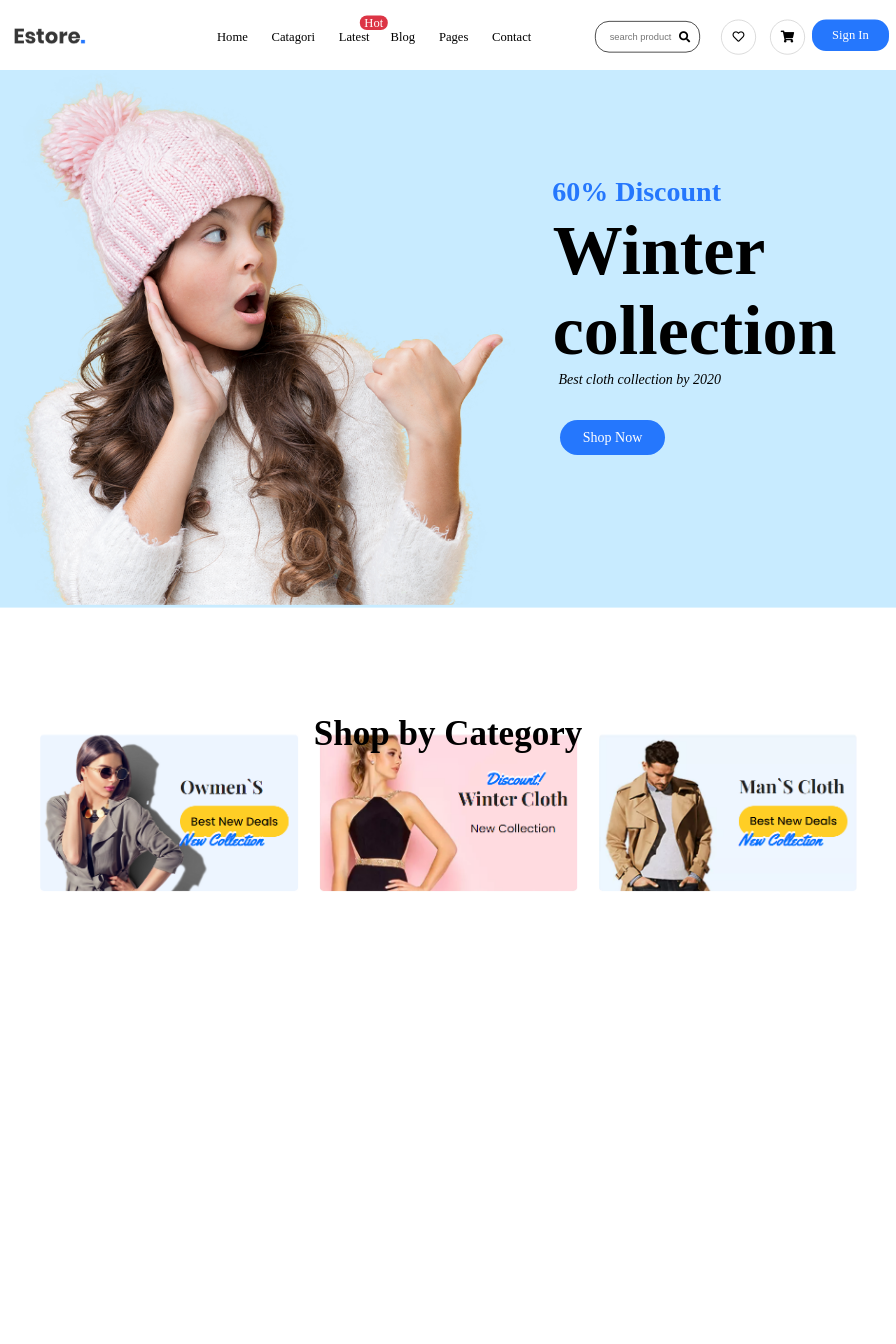
Repository: nhutduy0803/template1
Page: index.html
The author's editor kept a copy of each file at every save. The page is drawn from the files as they stood at one save, then again after the next save.
The browser window is 1280 px wide. The pictures show the part of the page from y = 0 to 1920 px (the page is 4018 px tall before and 3868 px after), at 70% of full size.

Above is the page before, as saved 2021-12-03 20:09:25.

After the next save:
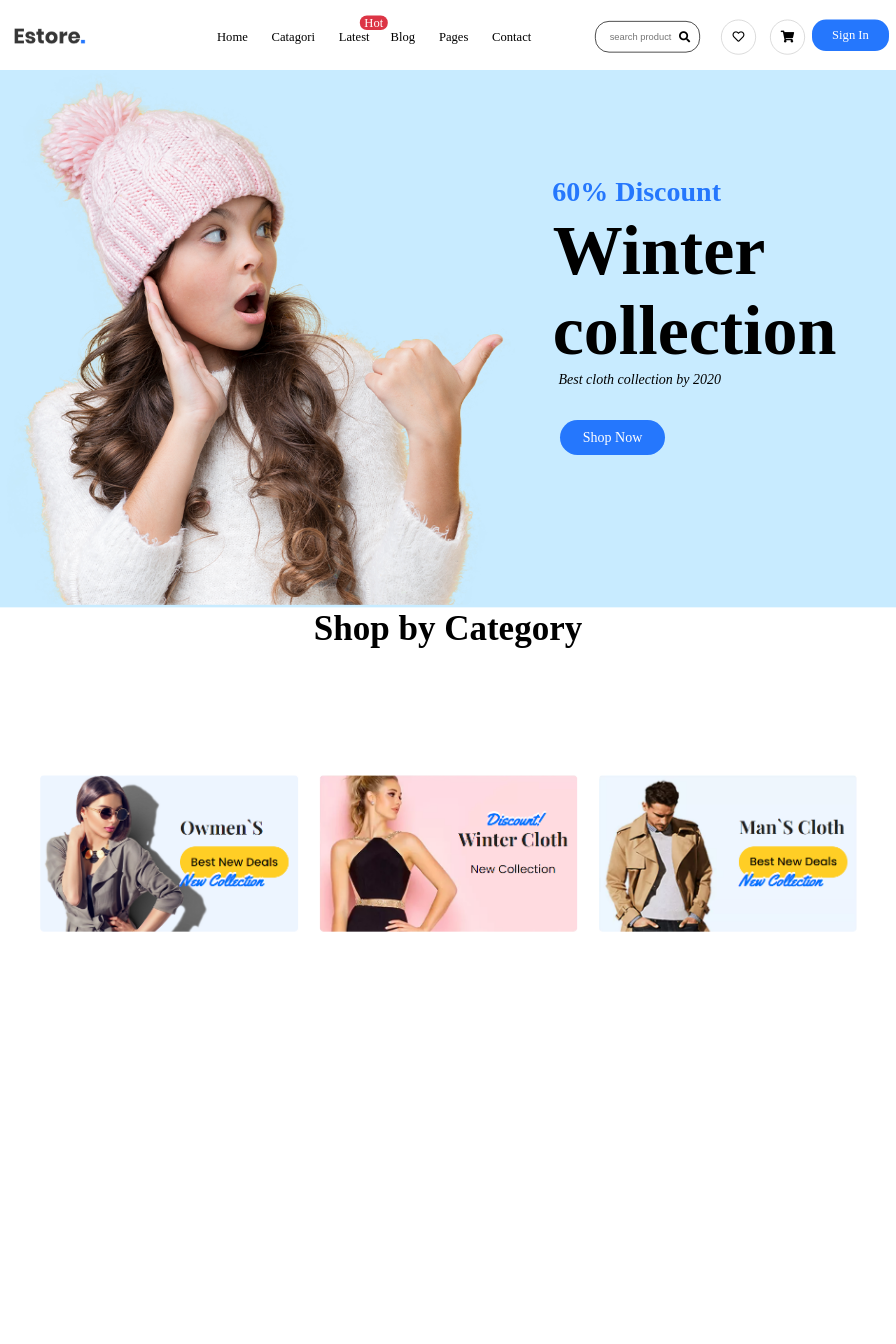
Saved 11 s later.
--- a/assets/css/style.css
+++ b/assets/css/style.css
@@ -292,13 +292,11 @@ html {
   width: 100%;
   height: 3000px;
   background-color: #fff;
+  text-align: center;
 }
 
 .content h2 {
   font-size: 50px;
-  position: absolute;
-  transform: translate(-50%);
-  left: 50%;
 }
 
 .img-content {
